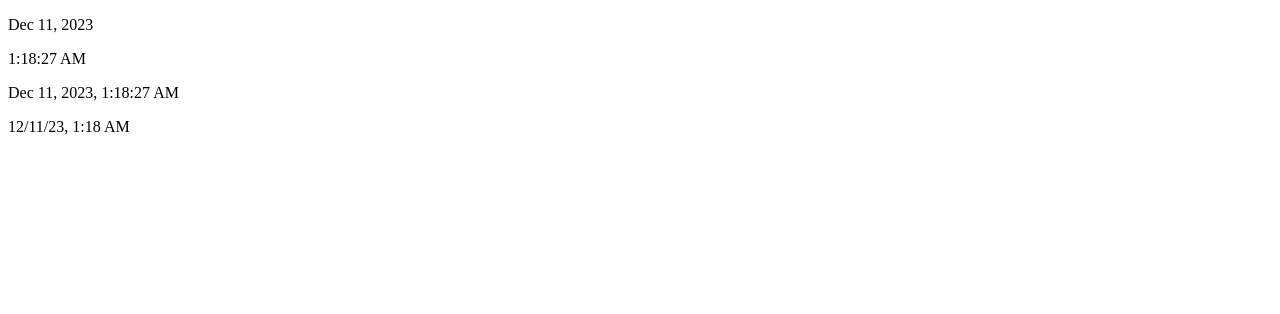
Repository: doyeong123/doyeonggit1
Page: http://localhost/jspbook2/ch09/jstl_fmt03.jsp
An editor plug-in stored every save of this project. The page is shown before and after the next save, followed by the edit.
The browser window is 1280 px wide. The pictures show the whole page.
The page is served by Tomcat 9. Other server files are loaded and not shown.

Above is the page before, as saved 2023-12-12 02:32:54.

### jsp/jspbook2/src/main/webapp/ch09/jstl_fmt03.jsp
<%@ page language="java" contentType="text/html; charset=UTF-8"
    pageEncoding="UTF-8"%>
    <%@ taglib prefix="fmt" uri="http://java.sun.com/jsp/jstl/fmt" %>
<!DOCTYPE html>
<html>
<head>
<meta charset="UTF-8">
<title>Insert title here</title>
</head>
<body>
	<p> <jsp:useBean id="now" class="java.util.Date"/>
	<p> <fmt:formatDate value="${now }" type="date"/>
	<p> <fmt:formatDate value="${now }" type="time"/>
	<p> <fmt:formatDate value="${now }" type="both" dateStyle="default" timeStyle="default"/>
	<p> <fmt:formatDate value="${now }" type="both" dateStyle="short" timeStyle="short"/>


</body>
</html>

After the next save:
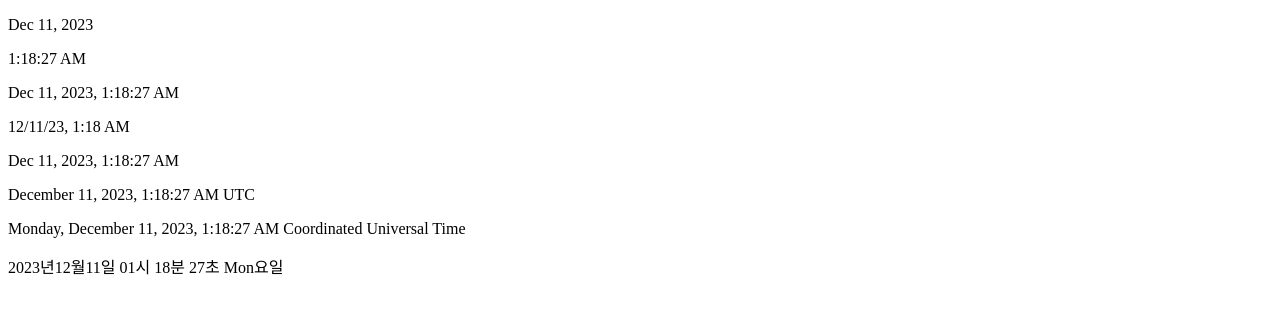
Saved 94 s later.
--- a/jsp/jspbook2/src/main/webapp/ch09/jstl_fmt03.jsp
+++ b/jsp/jspbook2/src/main/webapp/ch09/jstl_fmt03.jsp
@@ -13,7 +13,9 @@
 	<p> <fmt:formatDate value="${now }" type="time"/>
 	<p> <fmt:formatDate value="${now }" type="both" dateStyle="default" timeStyle="default"/>
 	<p> <fmt:formatDate value="${now }" type="both" dateStyle="short" timeStyle="short"/>
-
-
+	<p> <fmt:formatDate value="${now }" type="both" dateStyle="medium" timeStyle="medium"/>
+	<p> <fmt:formatDate value="${now }" type="both" dateStyle="long" timeStyle="long"/>
+	<p> <fmt:formatDate value="${now }" type="both" dateStyle="full" timeStyle="full"/>
+	<p> <fmt:formatDate value="${now }" type="both" pattern="yyyy년MM월dd일 HH시 mm분 ss초 E요일"/>
 </body>
 </html>
